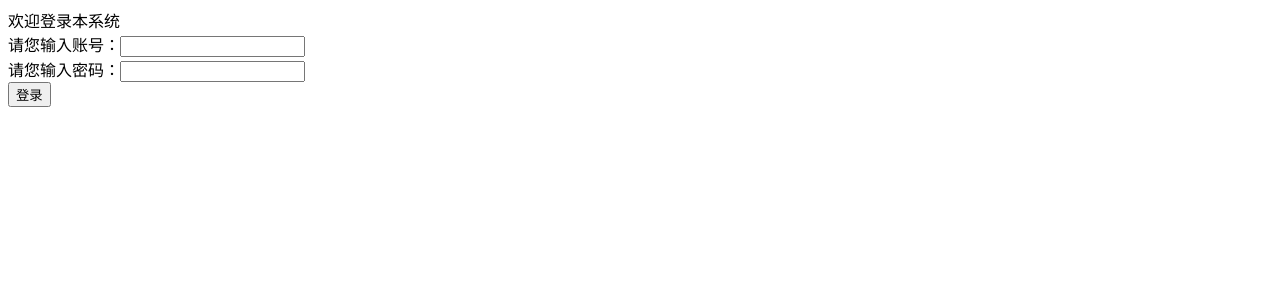
Repository: Matty-GCU/MyEclipse
Page: Java_Web_Learning/WebRoot/chapter05_JSP&form/5.2textForm_JS&JSP.html
The author's editor kept a copy of each file at every save. The page is drawn from the files as they stood at one save, then again after the next save.
The browser window is 1280 px wide. The pictures show the whole page.

Above is the page before, as saved 2021-10-04 05:55:33.

After the next save:
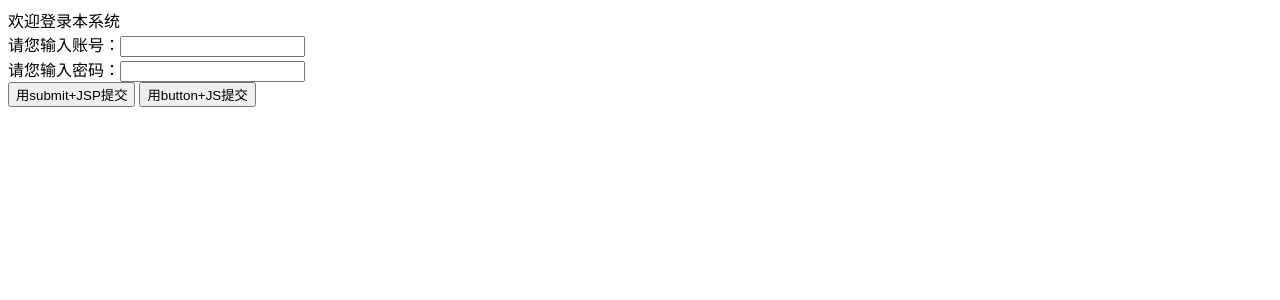
Saved 54 s later.
--- a/Java_Web_Learning/WebRoot/chapter05_JSP&form/5.2textForm_JS&JSP.html
+++ b/Java_Web_Learning/WebRoot/chapter05_JSP&form/5.2textForm_JS&JSP.html
@@ -11,7 +11,8 @@
 		<form action="5.2textForm_result.jsp">
 			请您输入账号：<input type="text" name="account"><br>
 			请您输入密码：<input type="password" name="password"><br>
-			<input type="submit" value="登录">
+			<input type="submit" value="用submit+JSP提交">
+			<input type="button" value="用button+JS提交">
 		</form>
 	</body>
 </html>
